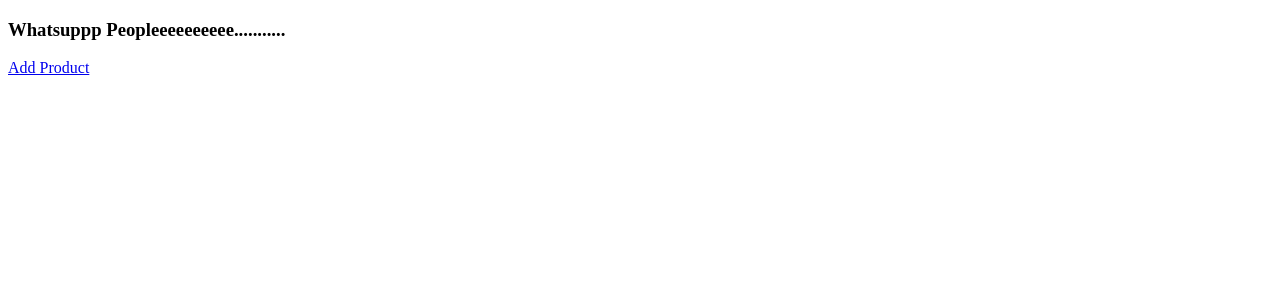
Repository: SakshiTiwari28/Java-Assignment
Page: RestFul/TrivagoHotel/WebContent/index.html
These files come from the project's save history. The page is drawn as it stood at one moment and after the next save; the edit follows.
The browser window is 1280 px wide. The pictures show the whole page.

Above is the page before, as saved 2019-07-25 20:36:38.

After the next save:
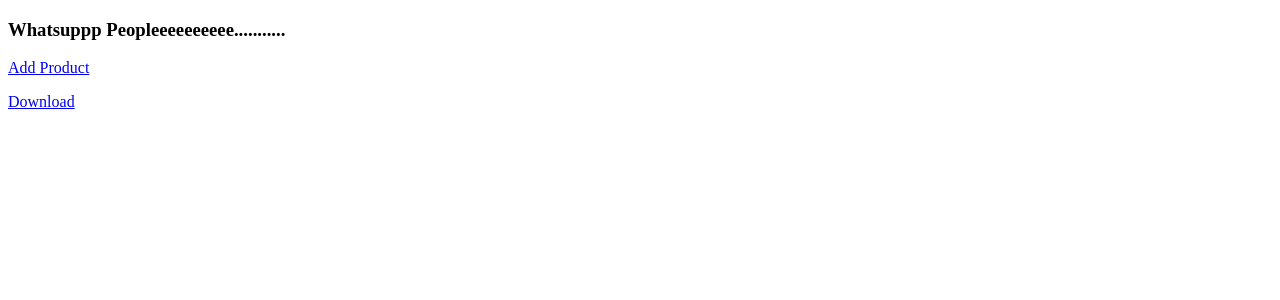
Saved 9 s later.
--- a/RestFul/TrivagoHotel/WebContent/index.html
+++ b/RestFul/TrivagoHotel/WebContent/index.html
@@ -13,6 +13,6 @@ background-color:white;
 <h3>Whatsuppp Peopleeeeeeeeee...........</h3>
 
 <p> <a href="addProduct.html">Add Product</a>
-<p> <a href="http://localhost:8082/HelloWebService/zenrest/files/txt"
+<p> <a href="http://localhost:8082/HelloWebService/zenrest/files/txt">Download</a>
 </body>
 </html>
